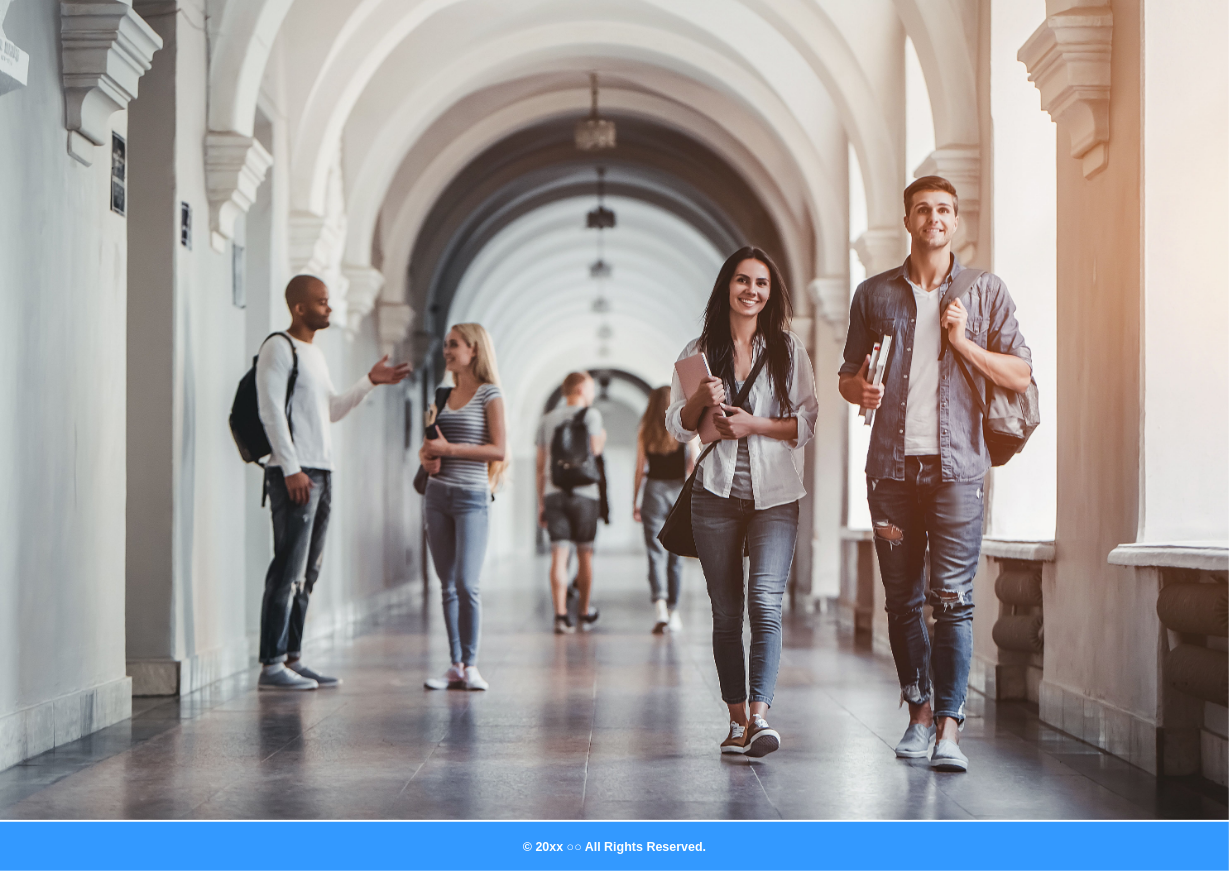
Repository: sai1358/samurai_HTML-CSS
Page: home.html
The author's editor kept a record of every edit. The page is drawn from the files as they stood at one moment, then again after the next edit.
The browser window is 1280 px wide. The pictures show the whole page, at 96% of full size.

Above is the page before.

### home.html
<!DOCTYPE html>
<html lang="ja">
  <head>
    <meta charset="UTF-8">
    <title>HTML/CSSの学習</title>
    <link rel="stylesheet" href="stylesheet.css">
  </head>
  <body>
     <div id="header">
        <h1><a href="index.html"><img id="corridor" src="images/corridor.jpg" alt="大学の廊下" /></a></h1>
     </div>
    <div id="wrapper">
    </div>
    <div id="footer">
       <p>&copy; 20xx ○○ All Rights Reserved.</p>
     </div>
  </body>
 </html>

### stylesheet.css
@charset "utf-8";

body {
	margin: 0;
	padding: 0;
	font-family: "ヒラギノ角ゴ Pro W3", "Hiragino Kaku Gothic Pro", "メイリオ", Meiryo, Osaka, "ＭＳ Ｐゴシック", "MS PGothic", sans-serif;
	color: #333;
	font-size: 13px;
	line-height: 150%;
}

/* -------------------- wrapper -------------------- */
#wrapper {
	width: 100%;
	margin: auto;
	padding: 0px;
	border: 0px;
	background-color: #FFF;
	top: 10px;
}

/* -------------------- header -------------------- */
#header {
	width: 100%;
}
#header h1 {
	margin: 0;
	padding: 0;
}

#corridor {
	width: 100%;
	height: auto;
}

/* -------------------- footer -------------------- */
#footer {
	clear: both;
	width: 100%;
	padding: 3px 0 3px 0;
	background: #39F;
	color: #FFF;
	font-weight: bold;
	text-align: center;
}

/* -------------------- nav -------------------- */
#nav {
	width: 100%;
}
#nav ul {
    display: flex;
	margin: 0;
	padding: 0;
	list-style-type: none;
}
#nav ul li {
	width: 20%;
	text-align: center;
}
#nav ul li a {
	display: block;
	height: 20px;
	margin: 0;
	padding: 10px;
	color: #FFF;
	font-size: 20px;
	text-decoration: none;
	background-color: green;
}

#nav ul li a:hover {
	filter: drop-shadow(10px 10px 10px black);
}

/* -------------------- container -------------------- */
#container {
	width: 100%;
	margin: auto ;
	padding: auto;
	padding-top: 20px;
	clear: both;
	display: grid;
	grid-template-columns: 70vw 30vw;
}
/* -------------------- main -------------------- */
#main {
	width: 95%;
	padding: 10px 30px 10px 10px;
}
#main h2 {
	margin: 0 0 10px 0;
	padding: 3px 10px 3px 10px;
	color: #FFF;
	font-size: 16px;
	border-left: solid 10px #C00;
	background: #F90 url(../images/main_h2.jpg) right top repeat-y;
}
#main p {
	margin: 0;
	padding: 0;
}
#main .post {
	margin: 0 0 30px 0;
}

#main .post img.right {
	margin: 0 0 0 8px;
}
#main .post img.left {
	margin: 0 8px 0 0;
}

.right {
	float: right;
	width: 40%;
	height: auto;
}
.left {
	float: left;
	width: 40%;
	height: auto;
}

/* -------------------- clearfix -------------------- */
.clearfix {
	zoom: 1;
}
.clearfix:after{
	content: "";
	display: block;
	clear: both;
}

/* -------------------- side -------------------- */
#side {
    width: 85%;
	padding: 20px;
	background-color: #F99;
}
#side .box {
	margin: 0 auto 30px auto;
	padding: 0 0 20px 0;
	background: url(images/side_box.png) bottom no-repeat;
}
#side .box h2 {
	margin: 0;
	padding: 8px;
	text-align: center;
	color: #fff;
	font-size: 16px;
	line-height: 16px;
	font-weight: normal;
	background: url(images/side_box_h2.png) center no-repeat;
}
#side .box .boxBody {
	padding: 8px;
	border-right: solid 1px #C36;
	border-bottom: solid 1px #C36;
	border-left: solid 1px #C36;
	background: #fff;
}
#side .box .boxBody ul {
	margin: 0 0 16px 0;
	padding: 0;
}
#side .box .boxBody ul li {
	padding: 8px 0 8px 4px;
	list-style: none;
	border-bottom: solid 1px #C36;
}

#side .box .boxBody ul li:hover {
	padding: 8px 0 8px 4px;
	list-style: none;
	border-bottom: solid 1px #C36;
	box-shadow: 0px 4px 4px rgba(0, 0, 0, 0.3);
}

After the next edit:
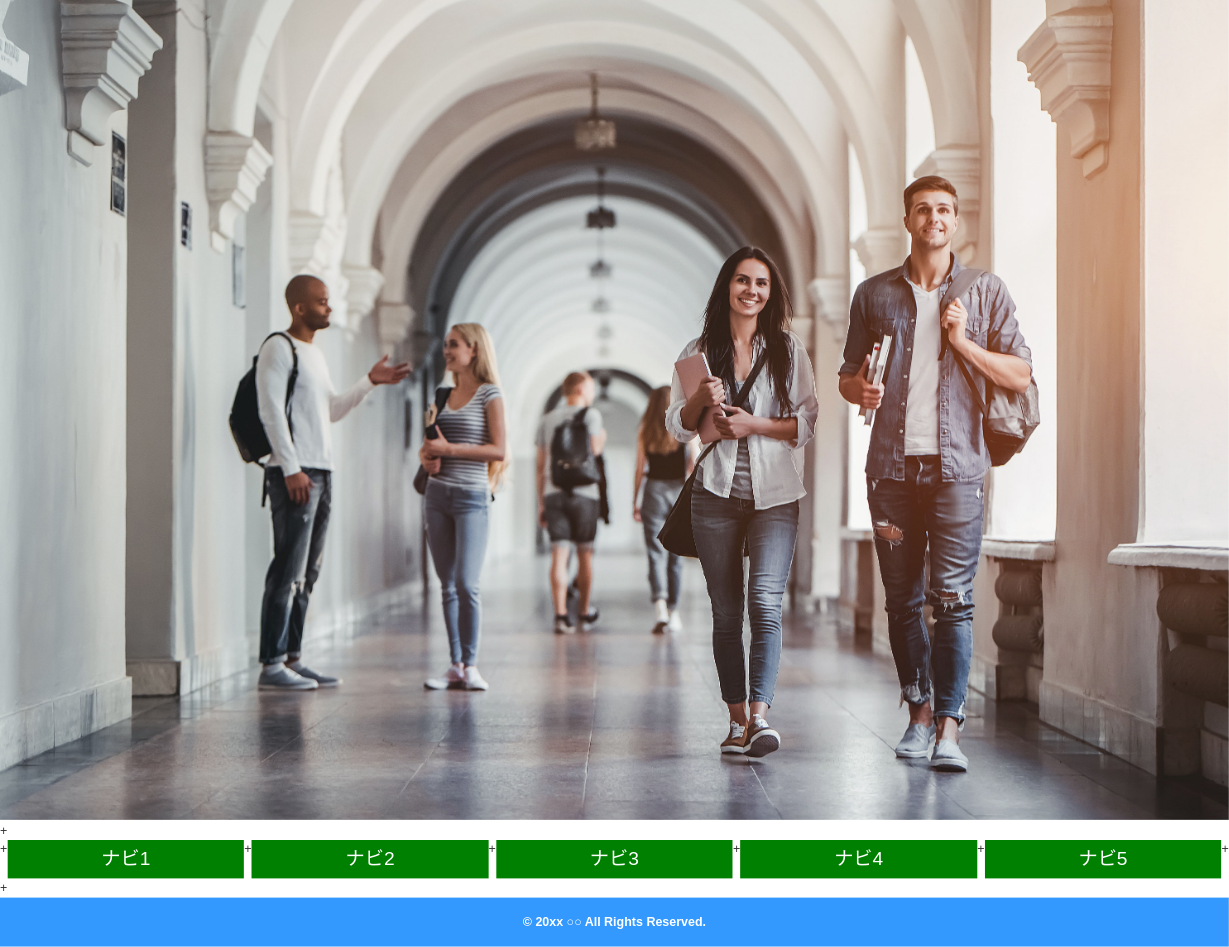
The edit:
--- a/home.html
+++ b/home.html
@@ -10,6 +10,15 @@
         <h1><a href="index.html"><img id="corridor" src="images/corridor.jpg" alt="大学の廊下" /></a></h1>
      </div>
     <div id="wrapper">
+           <div id="nav">
++                <ul>
++                    <li><a href="home.html">ナビ1</a></li>
++                    <li><a href="#">ナビ2</a></li>
++                    <li><a href="#">ナビ3</a></li>
++                    <li><a href="#">ナビ4</a></li>
++                    <li><a href="#">ナビ5</a></li>
++                </ul>
++           </div>
     </div>
     <div id="footer">
        <p>&copy; 20xx ○○ All Rights Reserved.</p>
